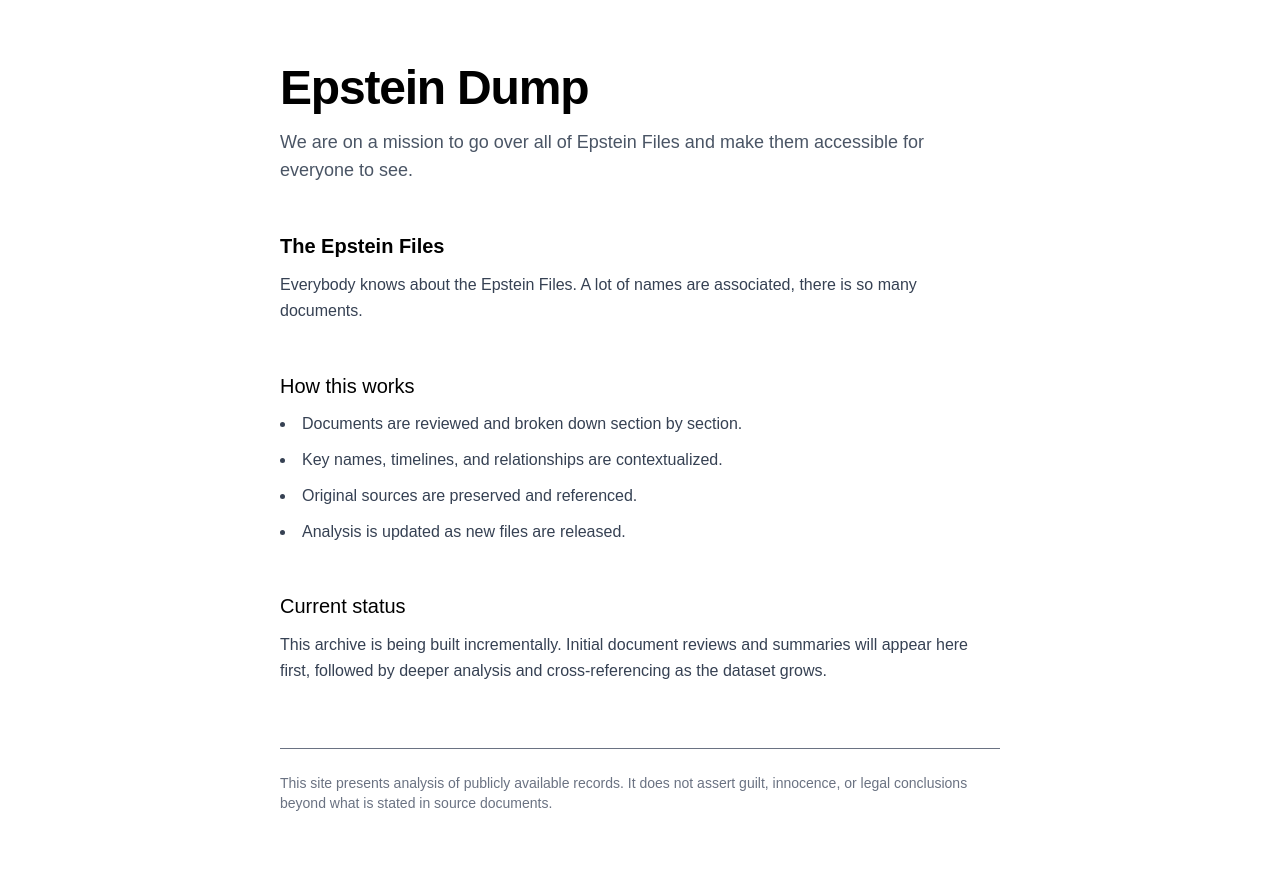
Repository: dayvoid97/epsteindump
Page: /
These files come from the project's save history. The page is drawn as it stood at one moment and after the next save; the edit follows.
The browser window is 1280 px wide. The pictures show the whole page.
The project was rebuilt for these pictures with package versions that can differ from the ones it lists, and the page was loaded fresh each time. The framework's server and built-in components were replaced by stand-ins that run in the browser. Also part of the build but not shown: next.config.ts.

Above is the page before, as saved 2026-02-02 01:05:40.

After the next save:
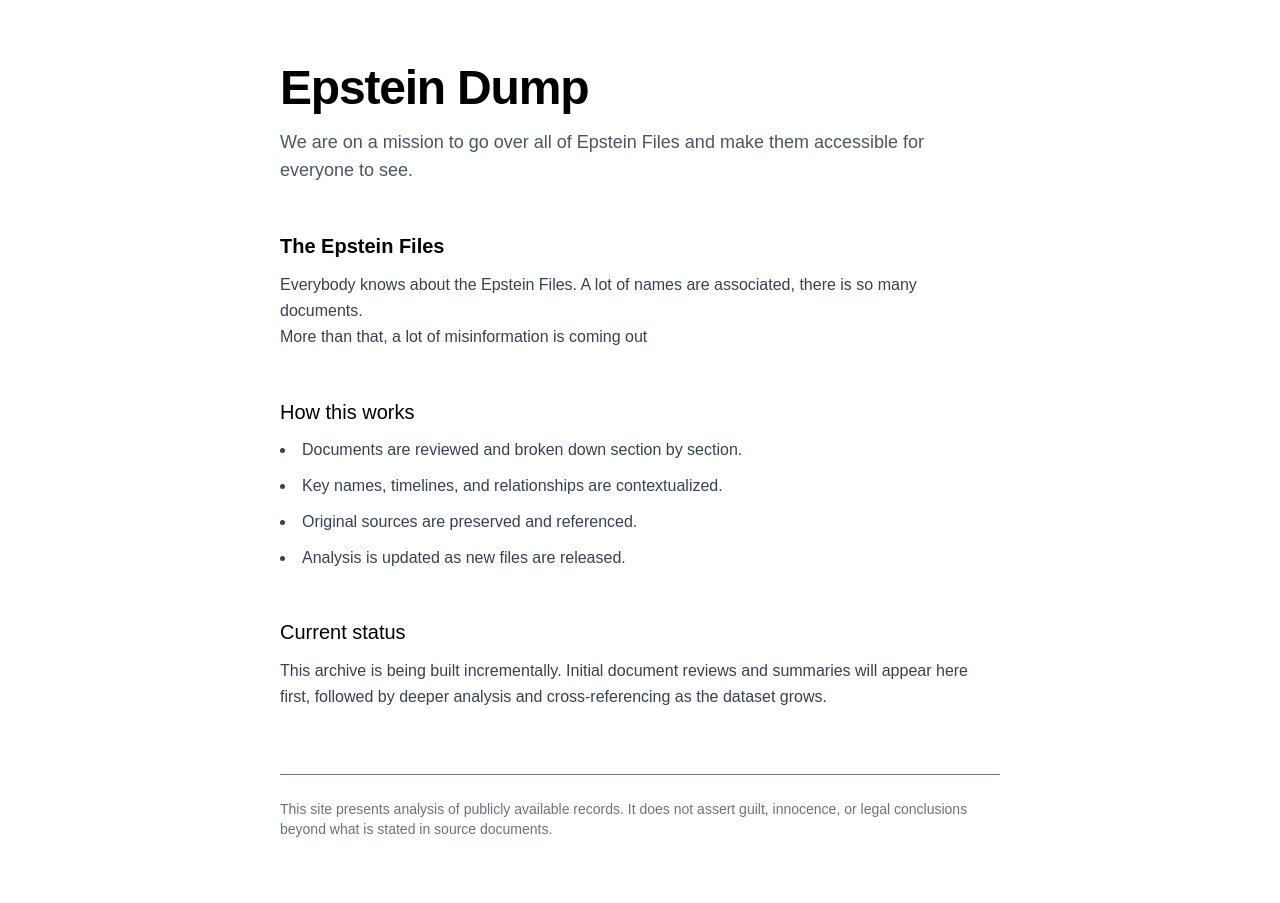
Saved 11 min 46 s later.
--- a/app/page.tsx
+++ b/app/page.tsx
@@ -17,6 +17,9 @@
           <p className="text-gray-700 leading-relaxed">
             Everybody knows about the Epstein Files. A lot of names are associated, there is so many
             documents.
+          </p>
+          <p className="text-gray-700 leading-relaxed">
+            More than that, a lot of misinformation is coming out
           </p>
         </section>
 
